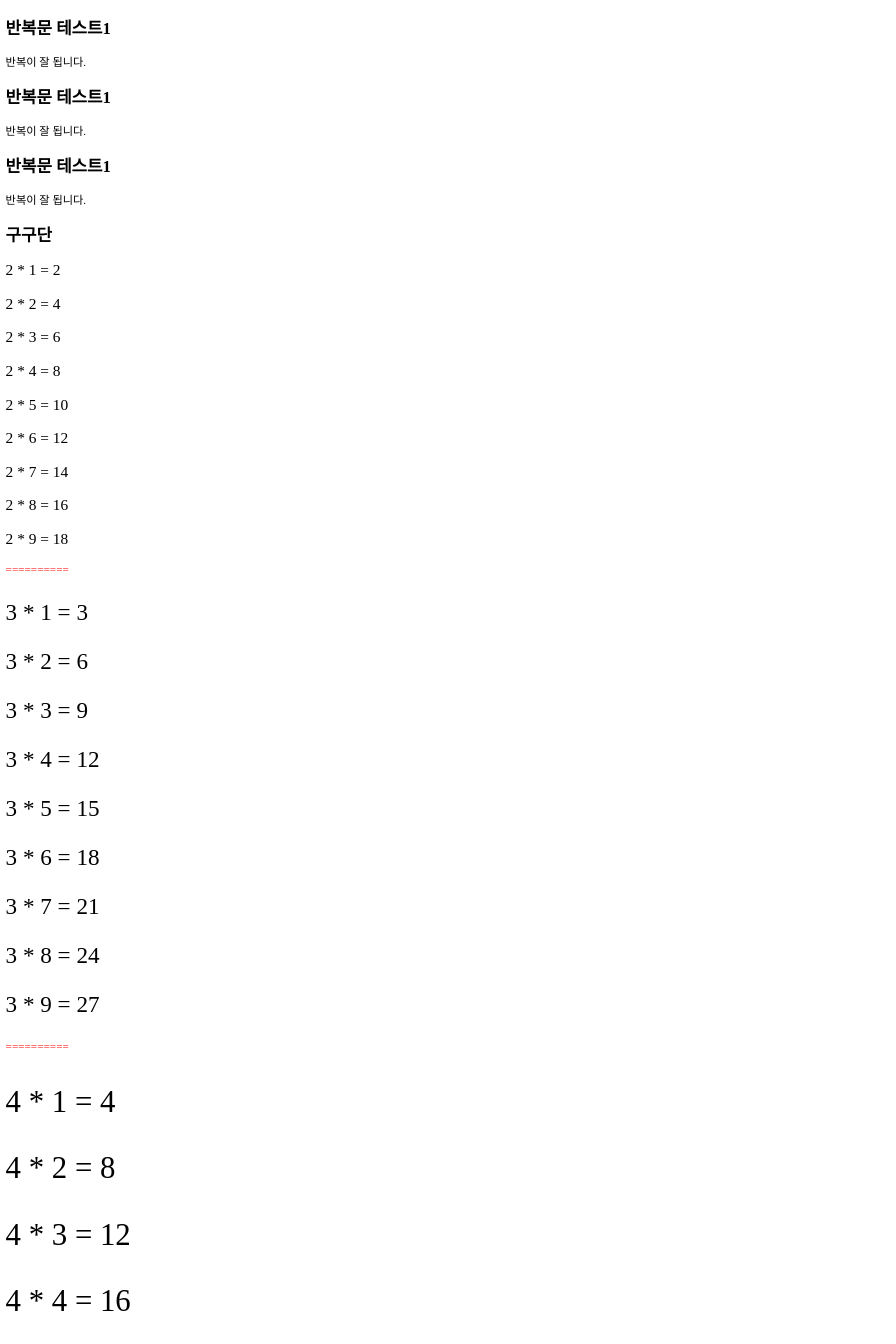
Repository: mickey530/jsp_practice
Page: http://localhost/JSPBasic/JspTag/Scriptlet.jsp
An editor plug-in stored every save of this project. The page is shown before and after the next save, followed by the edit.
The browser window is 1280 px wide. The pictures show the part of the page from y = 0 to 1920 px (the page is 10355 px tall before and 9851 px after), at 70% of full size.
The page is served by Tomcat 9.

Above is the page before, as saved 2022-01-28 03:10:58.

### JSPBasic/src/main/webapp/JspTag/Scriptlet.jsp
<%@ page language="java" contentType="text/html; charset=UTF-8"
    pageEncoding="UTF-8"%>
<!DOCTYPE html>
<html>
<head>
<meta charset="UTF-8">
<title>Insert title here</title>
</head>
<body>
	<!-- 스크립트릿 내부에는 자바 코드를 작성할 수 있으며
	이 코드를 반영해 페이지가 구성됩니다. -->
	<% for(int i = 0; i < 3; i++){ %>
		<h2>반복문 테스트1</h2>
		<p>
			반복이 잘 됩니다.
		</p>
	<% } %>

	<!-- 하단에 구구단 코드를 작성해주세요.
	System.out.println() 이 괄호 내 구문을 콘솔에 찍히게 해줬다면
	out.println()은 html화면에 괄호 내 구문을 콘솔에 찍히게 해줍니다.
	(javascript의 document.write()와 같은 역할) -->
	<h2>구구단</h2>
	<% for(int i = 2; i < 10; i++){

		for(int j = 1; j < 10; j++){
			out.println("<p style=font-size:"+ i+i + "px;>" + i + " * " + j +" = " + i*j + "</p>");
		}
		out.println("<p style='color:red'>==========</p>");
		}%>

</body>
</html>

After the next save:
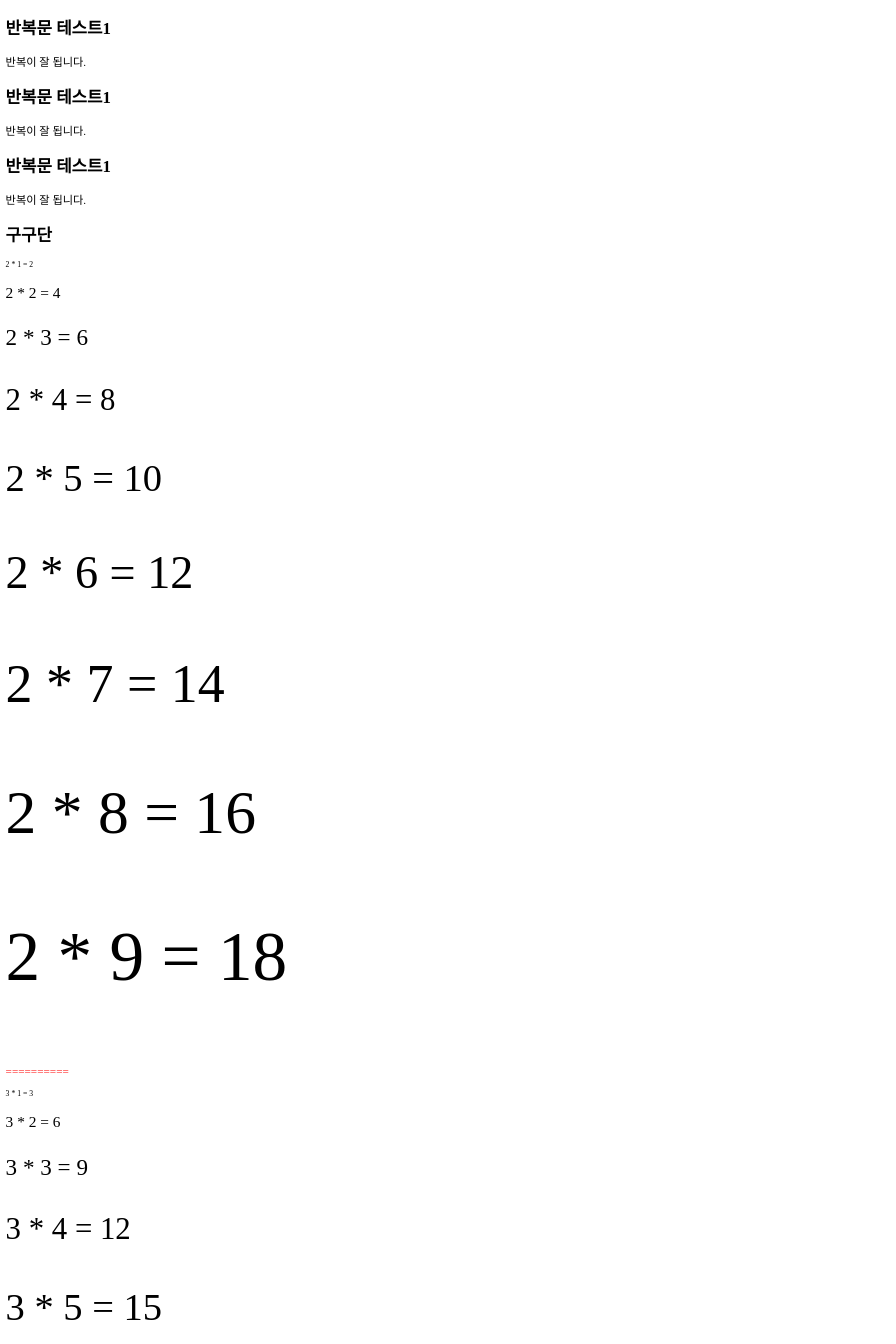
Saved 24 s later.
--- a/JSPBasic/src/main/webapp/JspTag/Scriptlet.jsp
+++ b/JSPBasic/src/main/webapp/JspTag/Scriptlet.jsp
@@ -24,7 +24,7 @@
 	<% for(int i = 2; i < 10; i++){
 
 		for(int j = 1; j < 10; j++){
-			out.println("<p style=font-size:"+ i+i + "px;>" + i + " * " + j +" = " + i*j + "</p>");
+			out.println("<p style=font-size:"+ j+j + "px;>" + i + " * " + j +" = " + i*j + "</p>");
 		}
 		out.println("<p style='color:red'>==========</p>");
 		}%>
